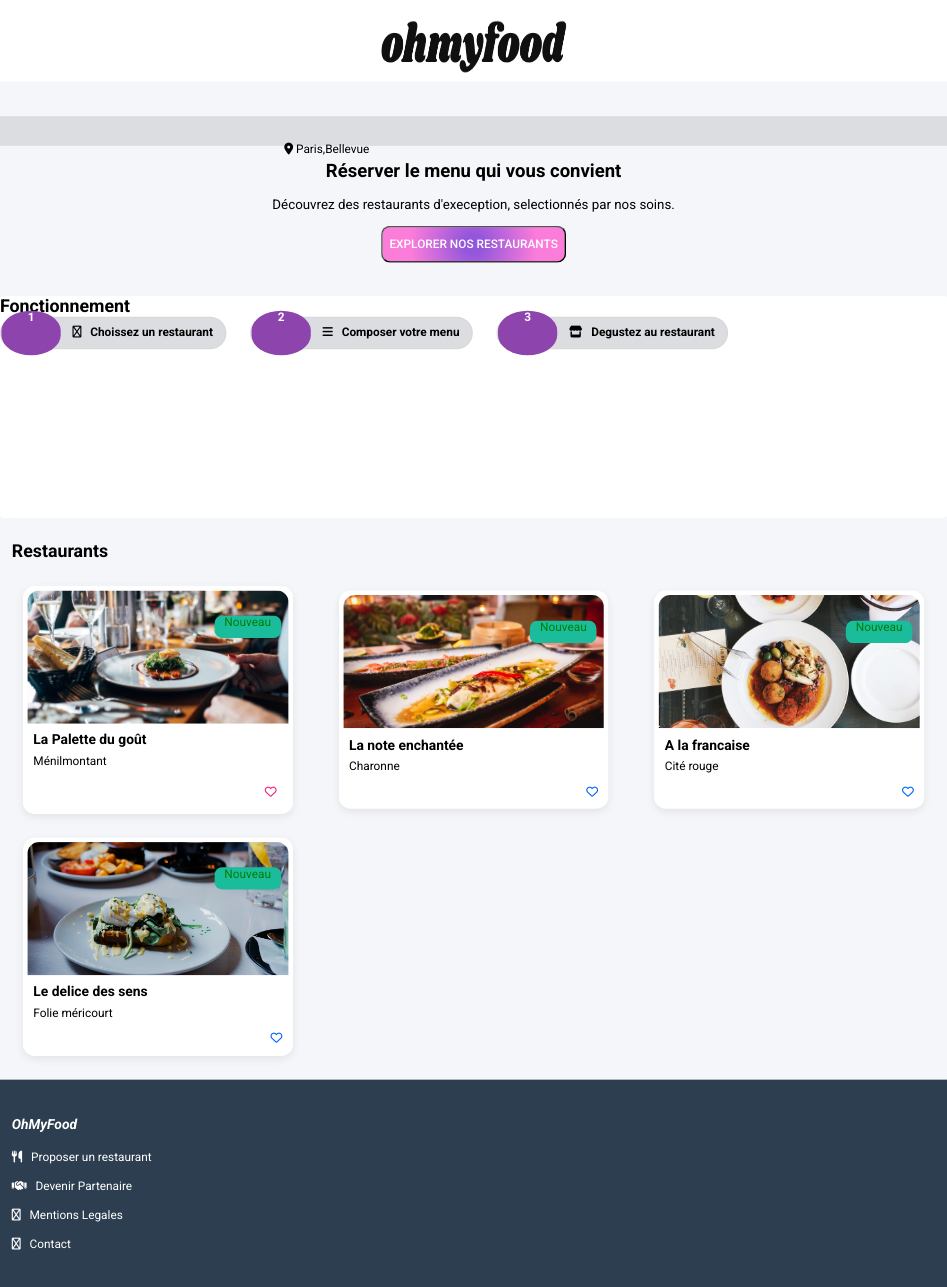
Repository: ultraasedev/ohmyfood
Page: index.html
These files come from the project's save history. The page is drawn as it stood at one moment and after the next save; the edit follows.
The browser window is 1280 px wide. The pictures show the whole page, at 74% of full size.
Some web fonts or font styles are not loaded; a fallback is used. Some web libraries are served in a nearby version.

Above is the page before, as saved 2022-10-27 18:52:02.

After the next save:
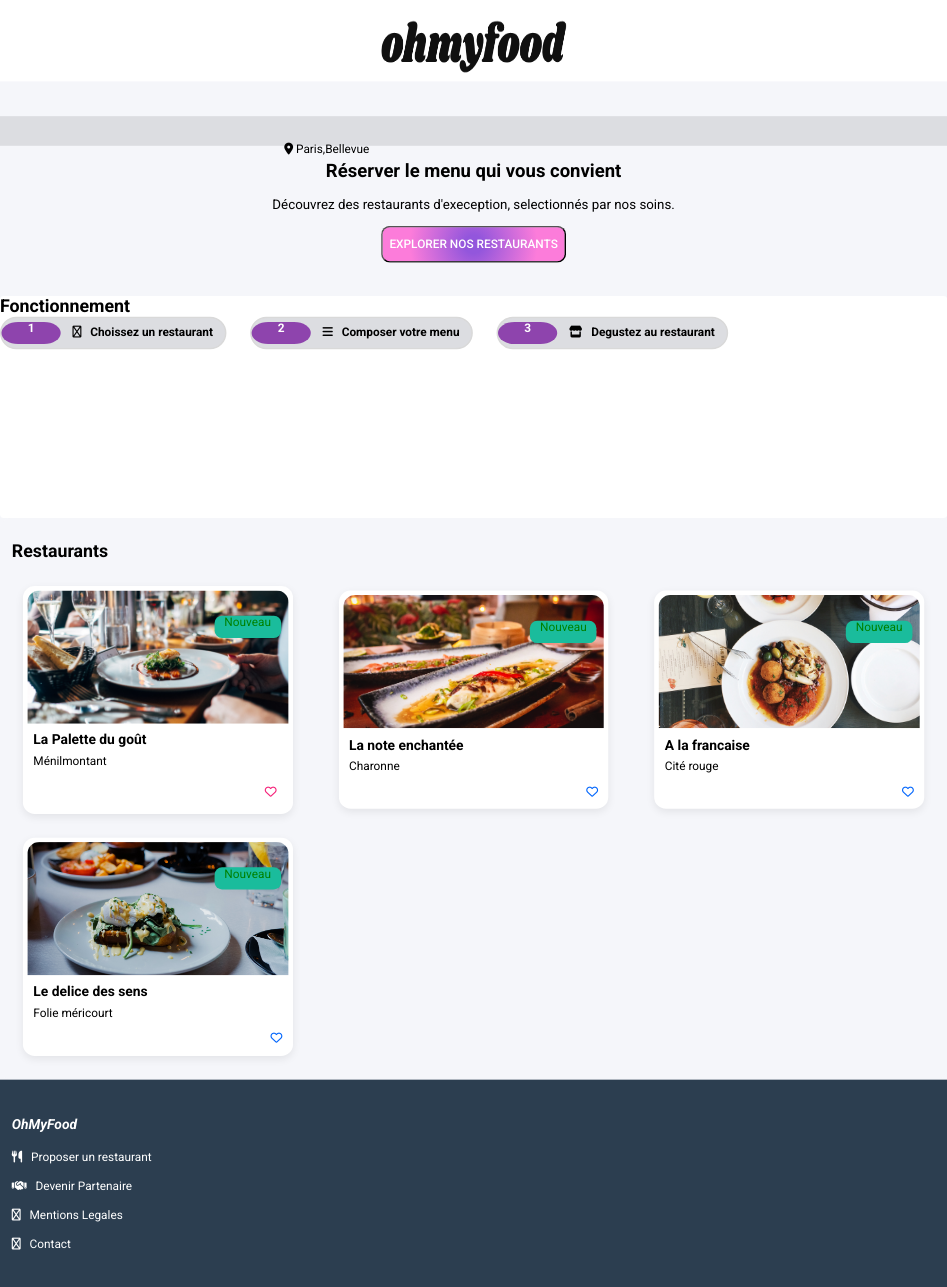
Saved 11 s later.
--- a/css/style.css
+++ b/css/style.css
@@ -132,7 +132,7 @@ header{
 .cont-fonc .circle-inf{
   background-color: #8e44ad;
   width: 80px;
-  height: 60px;
+  height: 30px;
   border-radius: 60px / 40px;
   text-align: center;
   color: #fff;
